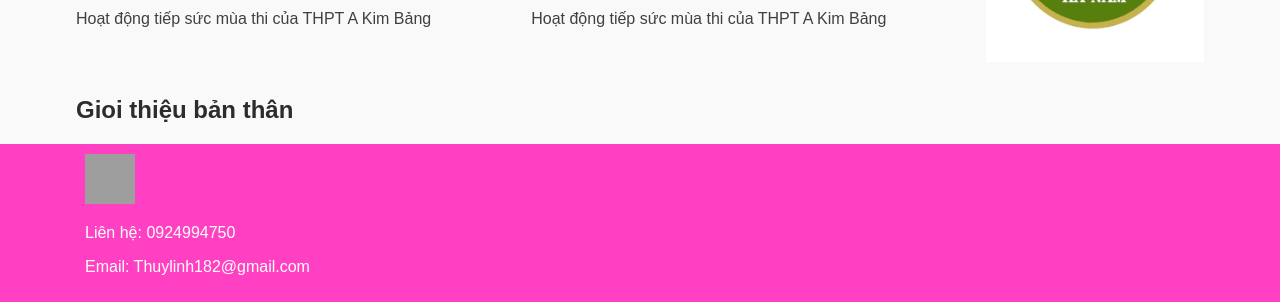
Repository: DucLong-PD07979/profile-vu-thuy-linh
Page: index.html
These files come from the project's save history. The page is drawn as it stood at one moment and after the next save; the edit follows.
The browser window is 1280 px wide. The pictures show the part of the page from y = 875 to 1381 px (the page is 1177 px tall before and 1381 px after).
Pictures or frames that could not be fetched are drawn as grey boxes.

Above is the page before, as saved 2025-03-08 20:57:15.
Not found: script.js

After the next save:
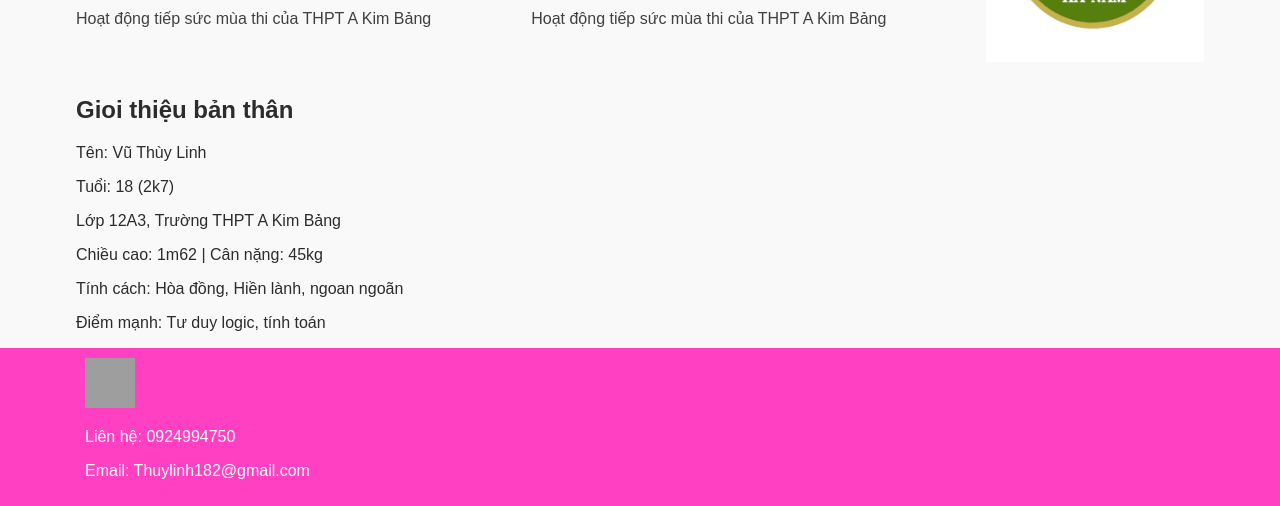
Saved 40 s later.
--- a/index.html
+++ b/index.html
@@ -127,7 +127,17 @@
         <section>
             <div class="container">
                 <h2>Gioi thiệu bản thân</h2>
-                <div class="introduce-section"></div>
+                <div class="introduce-section">
+                    <div>
+                        <p>Tên: Vũ Thùy Linh</p>
+                        <p>Tuổi: 18 (2k7)</p>
+                        <p>Lớp 12A3, Trường THPT A Kim Bảng</p>
+                        <p>Chiều cao: 1m62 | Cân nặng: 45kg</p>
+                        <p>Tính cách: Hòa đồng, Hiền lành, ngoan ngoãn</p>
+                        <p>Điểm mạnh: Tư duy logic, tính toán</p>
+                    </div>
+                    <div></div>
+                </div>
             </div>
         </section>
 
